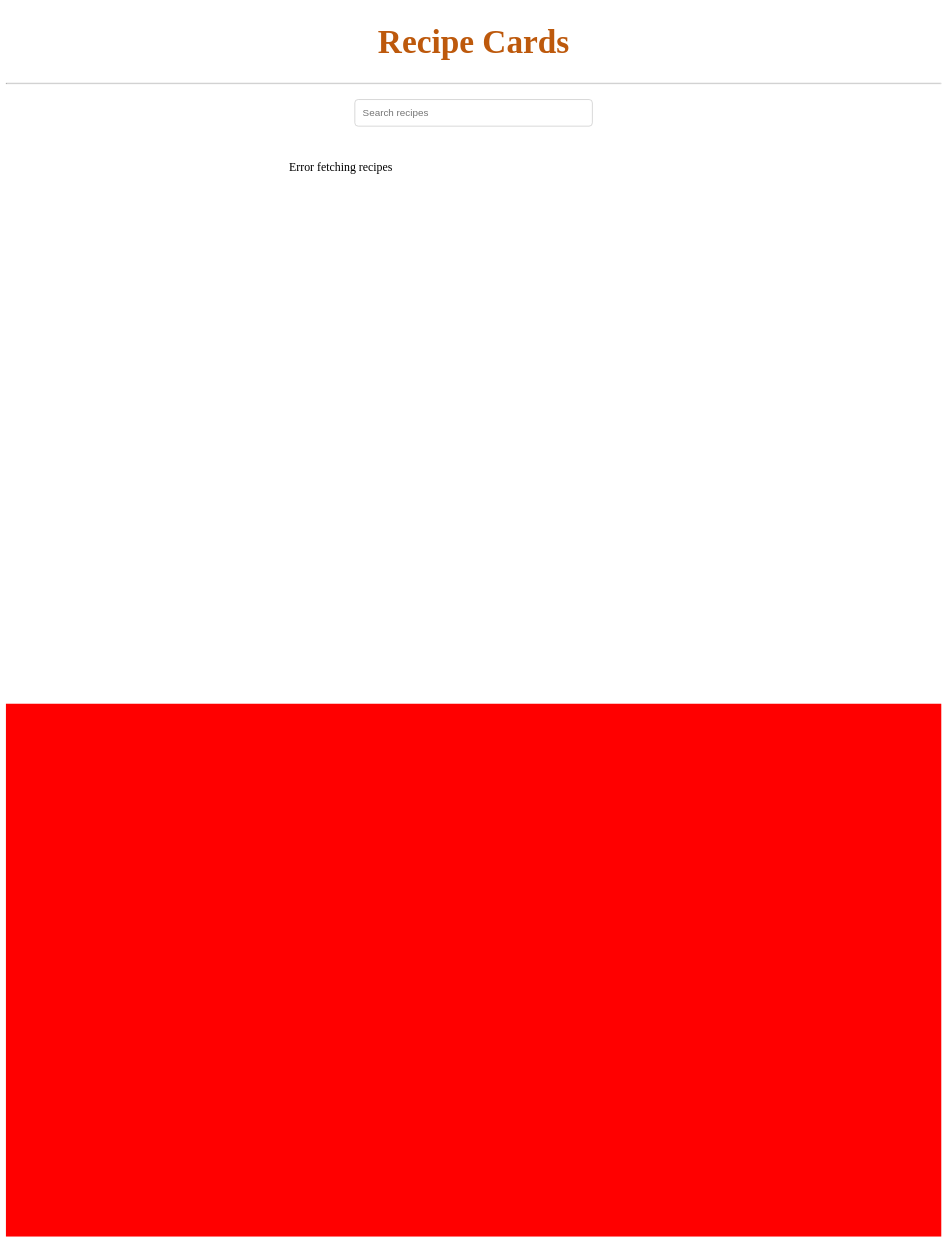
Repository: SharonSebastian32/food-search-filter-
Page: index.html
The author's editor kept a copy of each file at every save. The page is drawn from the files as they stood at one save, then again after a run of saves.
The browser window is 1280 px wide. The pictures show the whole page, at 74% of full size.
The page's requests for data from a server got no answer.

Above is the page before, as saved 2024-10-11 12:49:14.

After the next 2 saves:
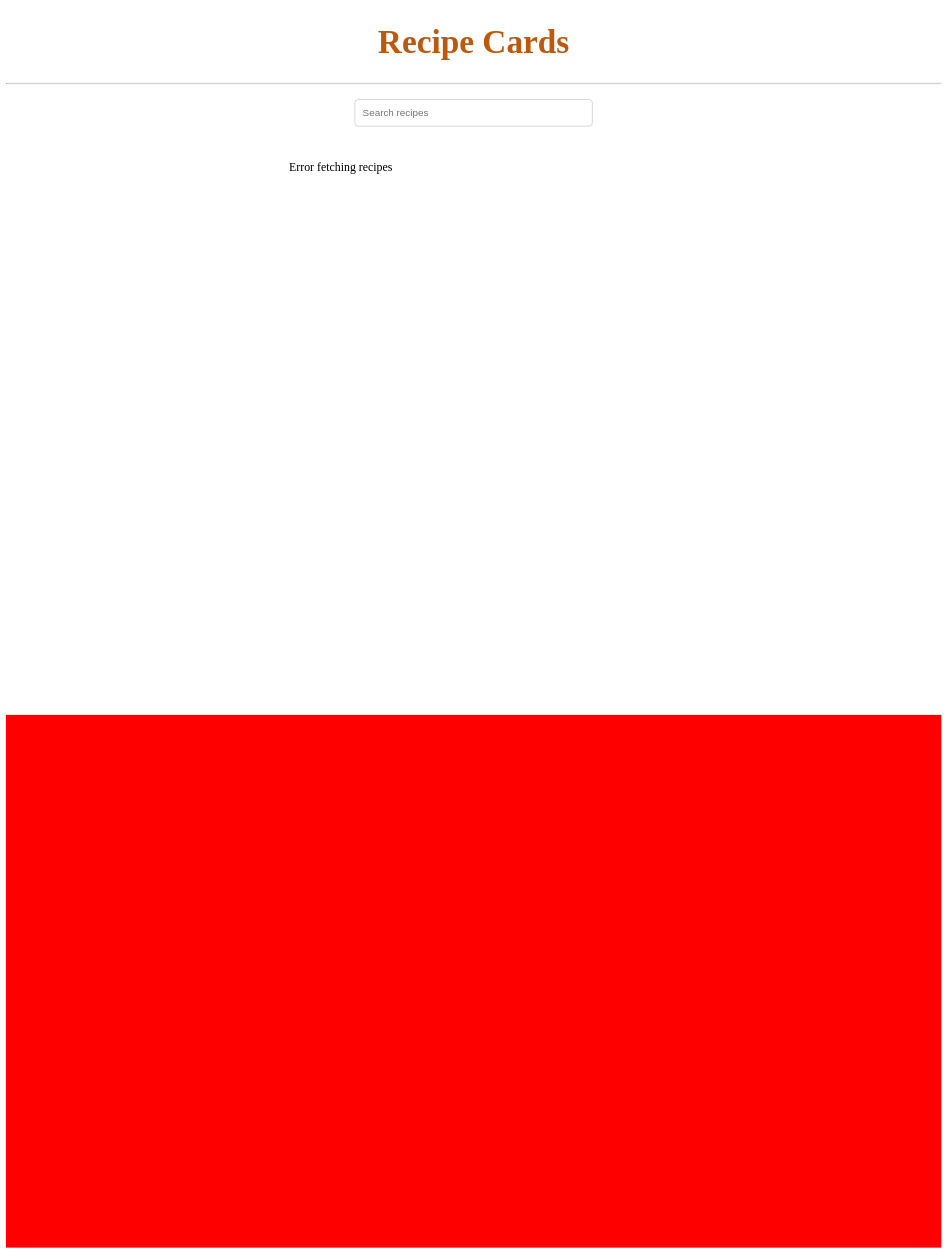
The 2 saves are shown as one change because they came seconds apart.
The last was saved 12 s later.
--- a/index.html
+++ b/index.html
@@ -36,7 +36,7 @@
         height: 100vh;
         width: 70%; /* Set height to full viewport */
         overflow-y: scroll; /* Enable vertical scrolling */
-        margin-bottom: 20px;
+        margin-bottom: 35px;
         /* Firefox scrollbar properties */
         scrollbar-width: thin; /* Thin scrollbar */
         scrollbar-color: #888 #f1f1f1; /* Thumb color and track color */
